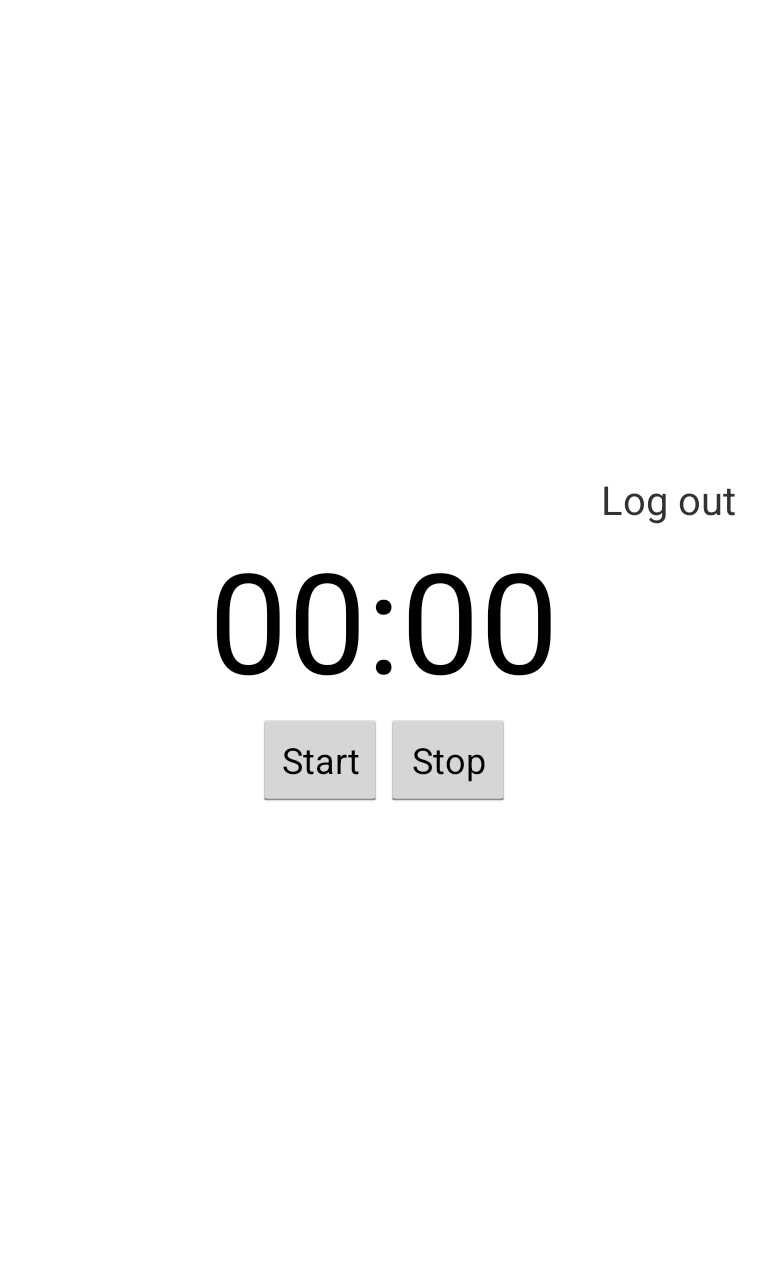
Repository: albertowusuasare/CustomStopWatch
Layout: CustomStopWatch/res/layout/activity_timer.xml
These files come from the project's save history. The layout is drawn as it stood at one moment and after the next save; the edit follows.
It is drawn on a 768 x 1280 px phone screen (xhdpi) without system bars, with theme AppTheme; the app's code is not run.

Above is the layout before, as saved 2014-09-25 04:48:37.

### CustomStopWatch/res/layout/activity_timer.xml
<LinearLayout xmlns:android="http://schemas.android.com/apk/res/android"
    xmlns:tools="http://schemas.android.com/tools"
    android:layout_width="match_parent"
    android:layout_height="match_parent"
    android:gravity="center"
    android:orientation="vertical"
    android:paddingBottom="@dimen/activity_vertical_margin"
    android:paddingLeft="@dimen/activity_horizontal_margin"
    android:paddingRight="@dimen/activity_horizontal_margin"
    android:paddingTop="@dimen/activity_vertical_margin"
    tools:context="com.example.customstopwatch.TimerActivity" >

    <RelativeLayout
        android:layout_width="match_parent"
        android:layout_height="wrap_content"
        android:gravity="end"
        >
        <TextView
            android:text="@string/Logout"
            android:layout_width="wrap_content"
           android:layout_height="wrap_content"
            android:textSize="20sp"/>

    </RelativeLayout>
    <Chronometer
        android:id="@+id/mainChronometer"
        android:layout_width="wrap_content"
        android:layout_height="wrap_content"
        android:format="%s"
        android:text="Chronometer"
        android:textSize="70sp" />

    <LinearLayout
        android:layout_width="fill_parent"
        android:layout_height="wrap_content"
        android:gravity="center"
        android:orientation="horizontal" >

        <Button
            android:id="@+id/start_button"
            android:layout_width="wrap_content"
            android:layout_height="wrap_content"
            android:text="@string/StartButton" />

        <Button
            android:id="@+id/stop_button"
            android:layout_width="wrap_content"
            android:layout_height="wrap_content"
            android:text="@string/StopButton" />
    </LinearLayout>

</LinearLayout>

### CustomStopWatch/res/values/strings.xml
<?xml version="1.0" encoding="utf-8"?>
<resources>

    <string name="app_name">CustomStopWatch</string>
    <string name="hello_world">Hello world!</string>
    <string name="action_settings">Settings</string>
    <string name="app_id">724899087577885</string>
    <string name="AppName">STVP WVTCH</string>
    <string name="StartButton">Start</string>
    <string name="Logout">Log out</string>
     <string name="StopButton">Stop</string>
    <string name="title_activity_timer">TimerActivity</string>

</resources>

Loaded but not shown: CustomStopWatch/res/values/styles.xml (common file); CustomStopWatch/res/values-v11/styles.xml (common file); CustomStopWatch/res/values-v14/styles.xml (common file); CustomStopWatch/res/values/dimens.xml (common file); CustomStopWatch/res/values-w820dp/dimens.xml (common file)

After the next save:
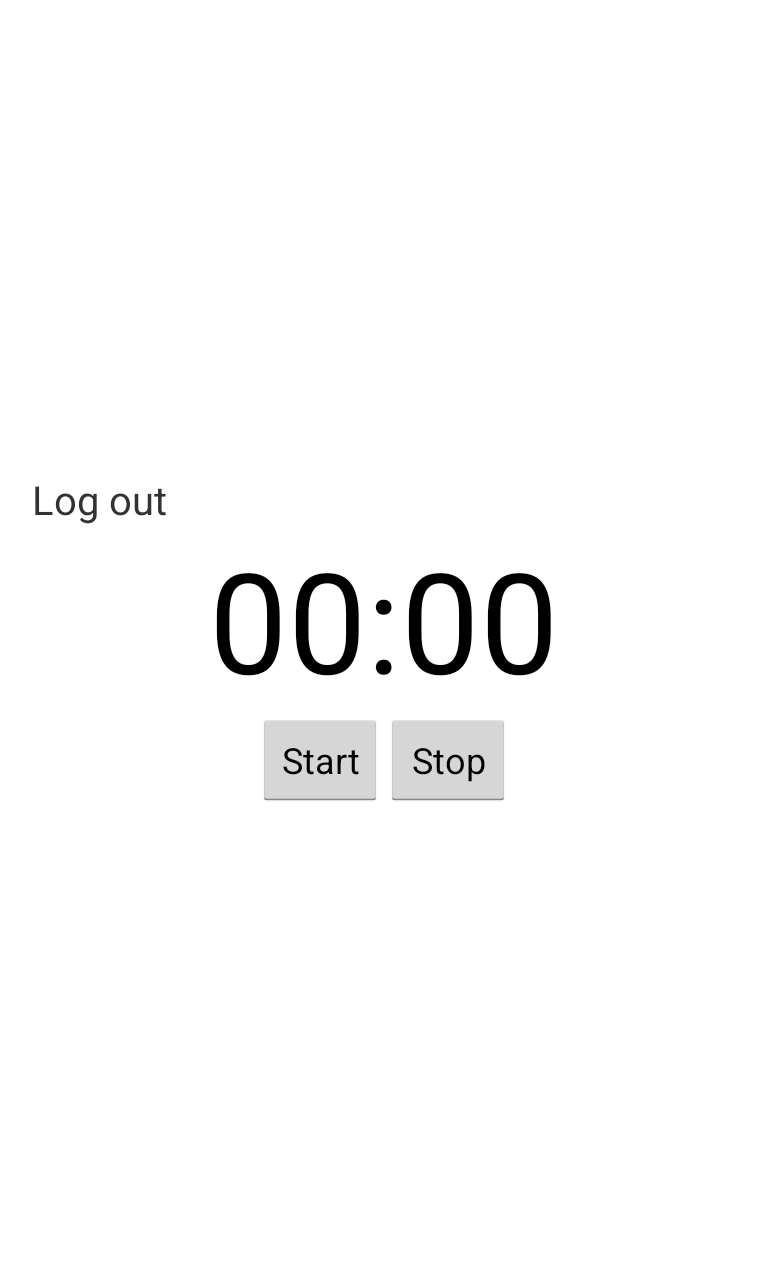
Saved 27 s later.
--- a/CustomStopWatch/res/layout/activity_timer.xml
+++ b/CustomStopWatch/res/layout/activity_timer.xml
@@ -13,7 +13,7 @@
     <RelativeLayout
         android:layout_width="match_parent"
         android:layout_height="wrap_content"
-        android:gravity="end"
+        android:gravity="top"
         >
         <TextView
             android:text="@string/Logout"
